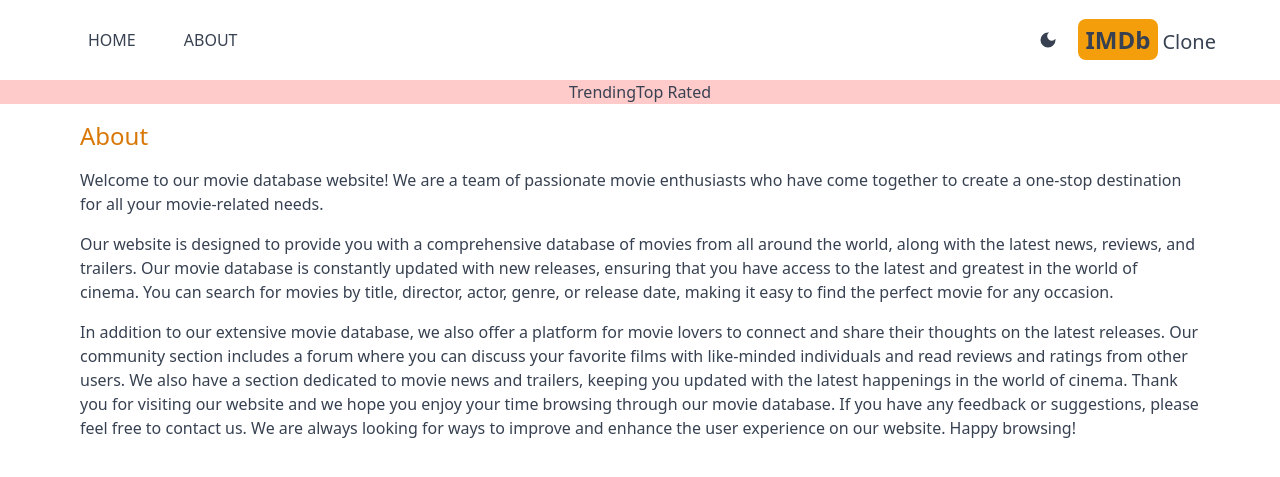
Repository: dnjfht/imdb
Page: /about
These files come from the project's save history. The page is drawn as it stood at one moment and after the next save; the edit follows.
The browser window is 1280 px wide. The pictures show the whole page.
The project was rebuilt for these pictures with package versions that can differ from the ones it lists, and the page was loaded fresh each time. The framework's server and built-in components were replaced by stand-ins that run in the browser. Also part of the build but not shown: next.config.js.

Above is the page before, as saved 2023-10-02 13:17:35.

After the next save:
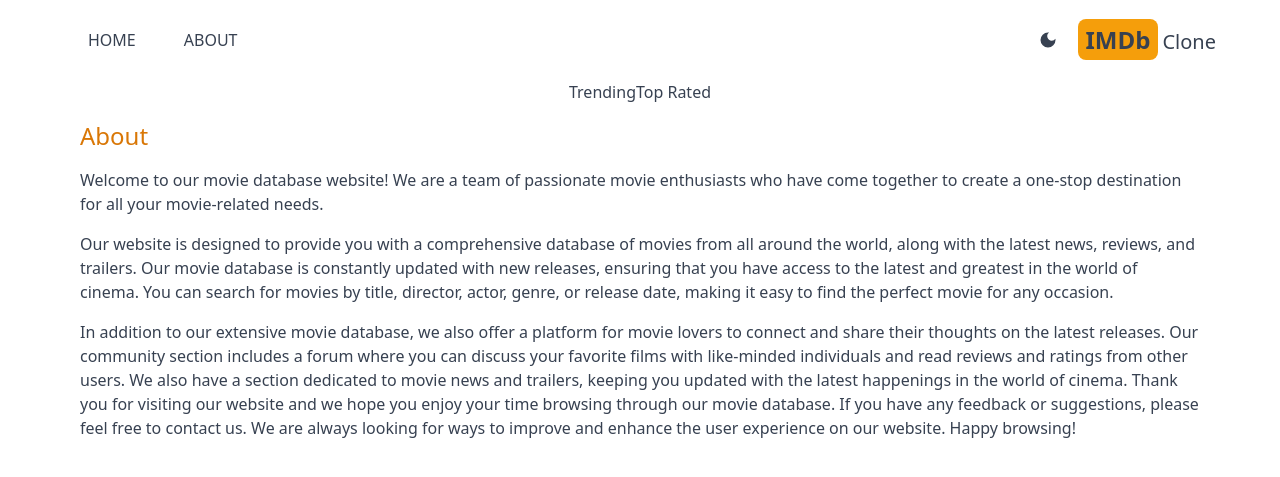
Saved 14 s later.
--- a/src/app/components/Navbar.jsx
+++ b/src/app/components/Navbar.jsx
@@ -2,7 +2,7 @@
 
 export default function Navbar() {
   return (
-    <div className="flex justify-center dark:bg-gray-600 bg-red-200">
+    <div className="flex justify-center dark:bg-gray-600 bg-">
       <NavbarItem title="Trending" param="fetchTrending" />
       <NavbarItem title="Top Rated" param="fetchTopRated" />
     </div>
